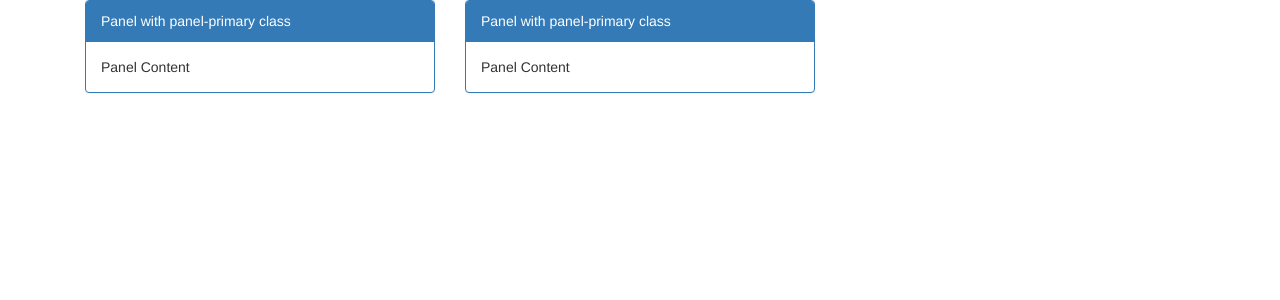
Repository: vivek9520/ITPfinal
Page: http://localhost/ITP/ReportMain.jsp
The author's editor kept a copy of each file at every save. The page is drawn from the files as they stood at one save, then again after the next save.
The browser window is 1280 px wide. The pictures show the whole page.
The page is served by Tomcat 9.

Above is the page before, as saved 2019-10-05 11:15:49.

After the next save:
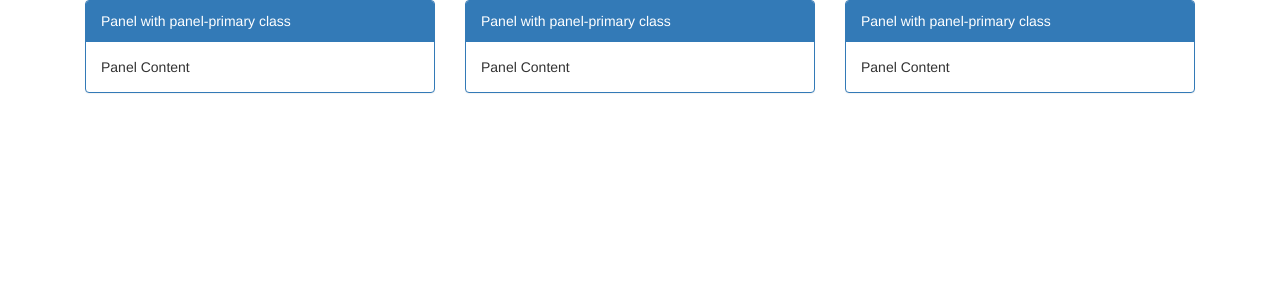
Saved 27 s later.
--- a/ITP 2/ITP/WebContent/ReportMain.jsp
+++ b/ITP 2/ITP/WebContent/ReportMain.jsp
@@ -27,6 +27,13 @@
       <div class="panel-body">Panel Content</div>
     </div>
  </div>
+ <div class="col-md-4">
+     <div class="panel panel-primary">
+      <div class="panel-heading">Panel with panel-primary class</div>
+      <div class="panel-body">Panel Content</div>
+    </div>
+ </div>
+ </div>
  </div>
 </body>
 </html>
